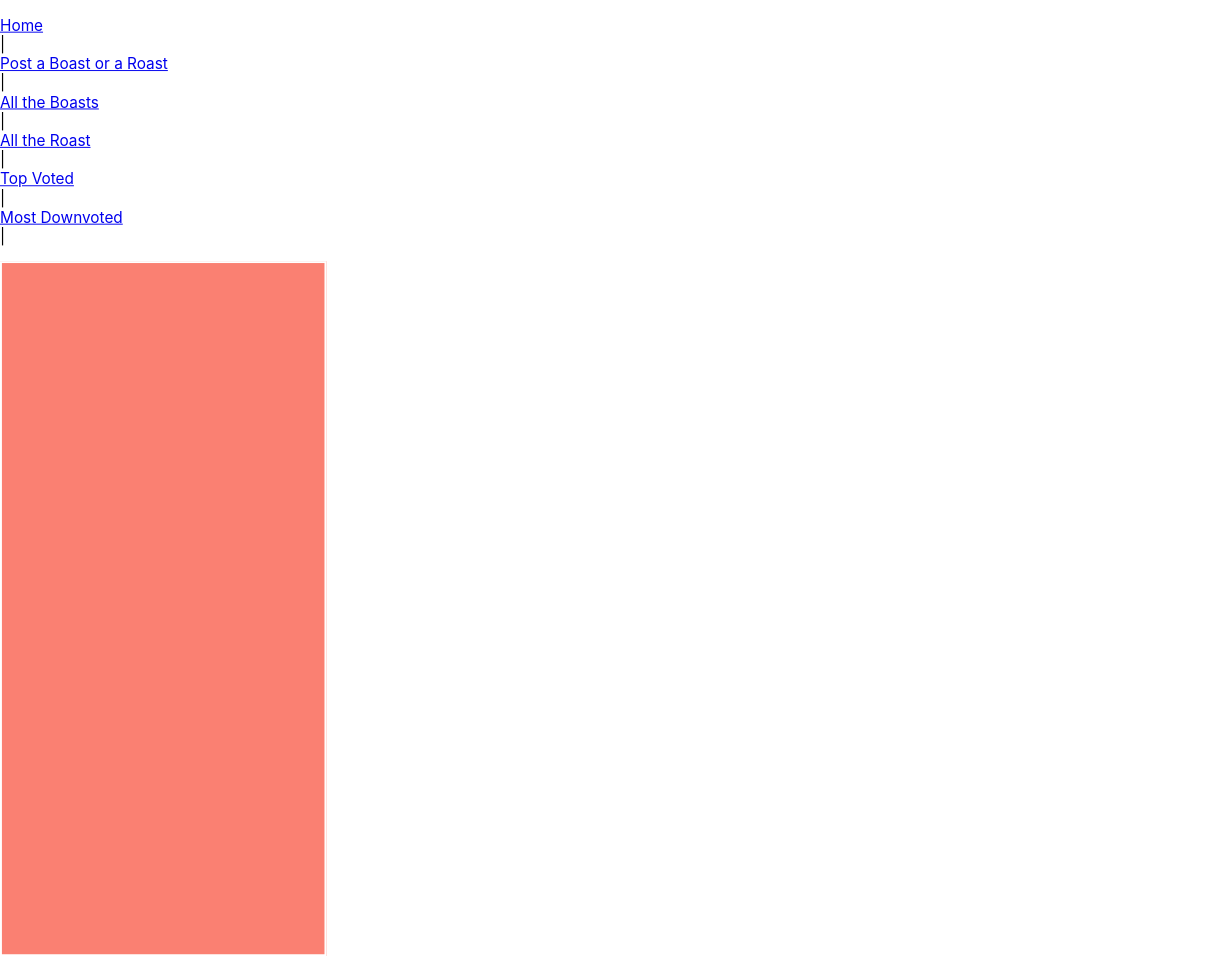
Repository: Imraj423/GhostPost_front-end
Page: /
These files come from the project's save history. The page is drawn as it stood at one moment and after a run of saves; the edit follows.
The browser window is 1280 px wide. The pictures show the whole page, at 96% of full size.
The page's requests for data from a server got no answer. The project was rebuilt for these pictures with package versions that can differ from the ones it lists, and the page was loaded fresh each time. No one was signed in, and anything a server would have sent is missing. Also part of the build but not shown: src/components/CreatePost/post.js, src/components/Form/form.js.

Above is the page before, as saved 2020-04-03 10:45:06.

After the next 2 saves:
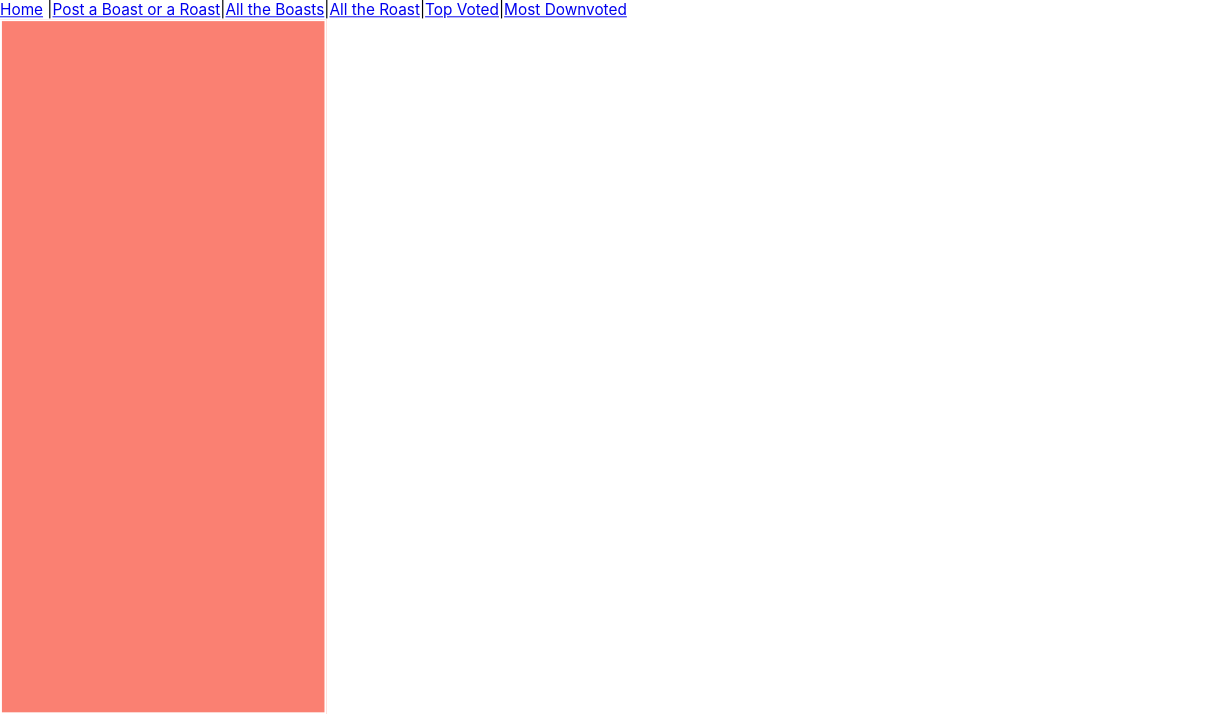
The 2 saves are shown as one change because 1 did not build or start.
The last was saved 56 s later.
--- a/src/components/NavBar/nav.js
+++ b/src/components/NavBar/nav.js
@@ -4,17 +4,17 @@ export default function Navi() {
 
     return (
       <div className="navbar">
-       <p> <a href="/">Home</a> <br />|<br />
+      <a href="/">Home</a> |
         <a href="/form">Post a Boast or a Roast</a>
-        <br />|<br />
+        |
         <a href="/boasts">All the Boasts</a>
-        <br />|<br />
+        |
         <a href="/roasts">All the Roast</a>
-        <br />|<br />
+        |
         <a href="/upvotes">Top Voted</a>
-        <br />|<br />
+        |
         <a href="/downvotes">Most Downvoted</a>
-        <br />|<br /></p>
+
       </div>
     );
   }
